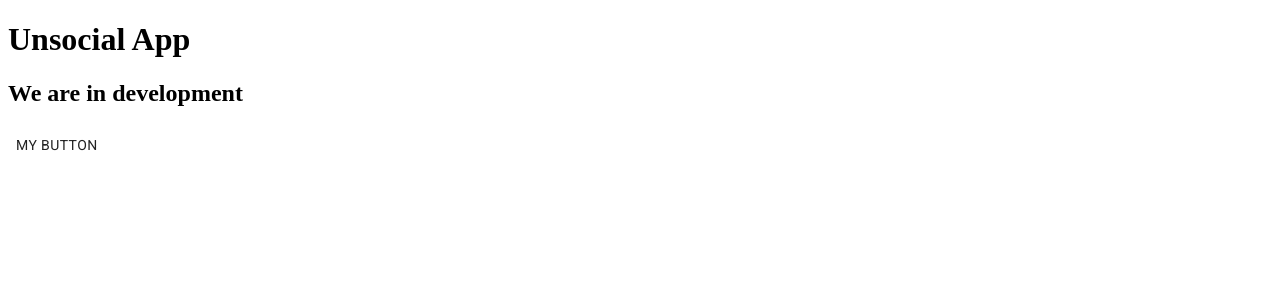
Repository: asefmirzaei/react-app-template
Page: /
These files come from the project's save history. The page is drawn as it stood at one moment and after the next save; the edit follows.
The browser window is 1280 px wide. The pictures show the whole page.
The project was rebuilt for these pictures with package versions that can differ from the ones it lists, and the page was loaded fresh each time. Also part of the build but not shown: webpack.config.js.

Above is the page before, as saved 2022-10-10 10:34:11.

### public/index.html
<!DOCTYPE html>
<html lang="en">
    <head>
        <meta charset="utf-8" />
        <link rel="icon" href="%PUBLIC_URL%/favicon.ico" />
        <meta name="viewport" content="width=device-width, initial-scale=1" />
        <meta name="theme-color" content="#000000" />
        <meta name="description" content="Web site created using create-react-app"/>
        <link rel="apple-touch-icon" href="%PUBLIC_URL%/logo192.png" />
        <!--
        manifest.json provides metadata used when your web app is installed on a
        user's mobile device or desktop. See https://developers.google.com/web/fundamentals/web-app-manifest/
        -->
        <link rel="manifest" href="%PUBLIC_URL%/manifest.json" />
        <!--
        Notice the use of %PUBLIC_URL% in the tags above.
        It will be replaced with the URL of the `public` folder during the build.
        Only files inside the `public` folder can be referenced from the HTML.

        Unlike "/favicon.ico" or "favicon.ico", "%PUBLIC_URL%/favicon.ico" will
        work correctly both with client-side routing and a non-root public URL.
        Learn how to configure a non-root public URL by running `npm run build`.
        -->
        <title>React App</title>
    </head>
    <body>
        <noscript>You need to enable JavaScript to run this app.</noscript>
        <div id="root"></div>
        <!--
        This HTML file is a template.
        If you open it directly in the browser, you will see an empty page.

        You can add webfonts, meta tags, or analytics to this file.
        The build step will place the bundled scripts into the <body> tag.

        To begin the development, run `npm start` or `yarn start`.
        To create a production bundle, use `npm run build` or `yarn build`.
        -->
    </body>
</html>

### src/index.tsx

import React from 'react';
import { render } from 'react-dom';
import App from './App';

render(<App />, document.getElementById('root'));

### src/App.tsx
import React, { FunctionComponent } from 'react';
import { Button } from '@material-ui/core';
import '@fontsource/roboto/400.css';

const App: FunctionComponent = () => {
  return (
    <div>
      <h1>Unsocial App</h1>
      <h2>We are in {process.env.NODE_ENV}</h2>
      <Button>My button</Button>
    </div>
  );
};

export default App;

After the next save:
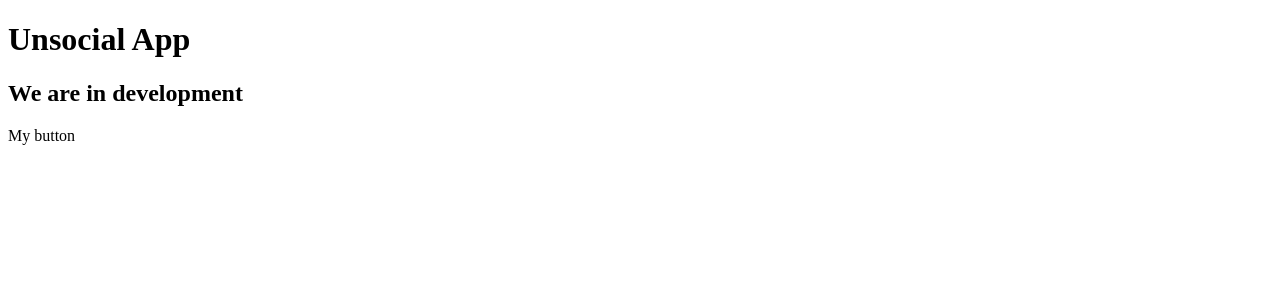
Saved 3 min 19 s later.
--- a/src/App.tsx
+++ b/src/App.tsx
@@ -1,13 +1,13 @@
 import React, { FunctionComponent } from 'react';
-import { Button } from '@material-ui/core';
-import '@fontsource/roboto/400.css';
+// import { Button } from '@material-ui/core';
+// import '@fontsource/roboto/400.css';
 
 const App: FunctionComponent = () => {
   return (
     <div>
       <h1>Unsocial App</h1>
       <h2>We are in {process.env.NODE_ENV}</h2>
-      <Button>My button</Button>
+      <p>My button</p>
     </div>
   );
 };
